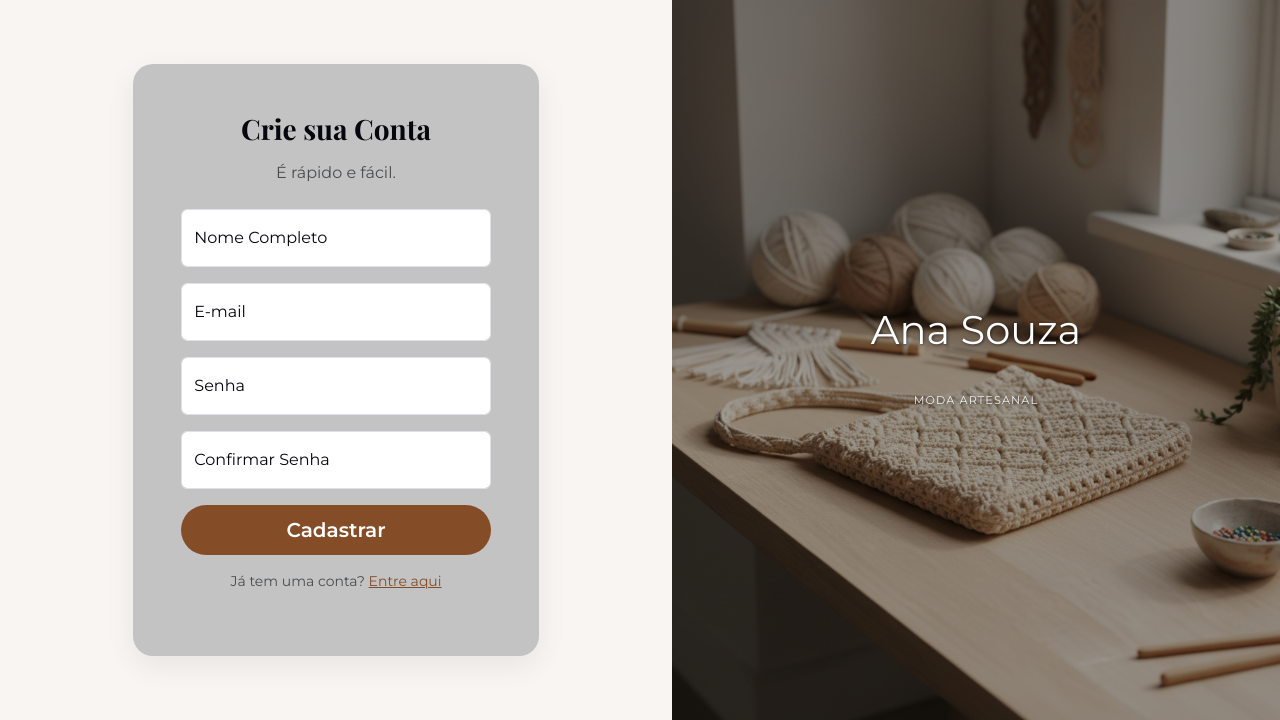
Repository: Lucascsg/projeto-anasouza-frontend
Page: cadastro.html
These files come from the project's save history. The page is drawn as it stood at one moment and after the next save; the edit follows.
The browser window is 1280 px wide. The pictures show the whole page.

Above is the page before, as saved 2025-10-21 23:29:02.

### cadastro.html
<!DOCTYPE html>
<html lang="pt-br">
<head>
    <meta charset="UTF-8">
    <meta name="viewport" content="width=device-width, initial-scale=1.0">
    <title>Cadastro - Ana Souza</title>
    <link href="https://cdn.jsdelivr.net/npm/bootstrap@5.3.2/dist/css/bootstrap.min.css" rel="stylesheet">
    <link rel="stylesheet" href="css/style.css">
    <link rel="stylesheet" href="https://cdn.jsdelivr.net/npm/bootstrap-icons@1.11.1/font/bootstrap-icons.css">
    <link rel="preconnect" href="https://fonts.googleapis.com">
    <link rel="preconnect" href="https://fonts.gstatic.com" crossorigin>
    <link href="https://fonts.googleapis.com/css2?family=Montserrat:wght@400;500;600&family=Playfair+Display:wght@700&family=Great+Vibes&display=swap" rel="stylesheet">
    <style>
       /* Estilo para garantir altura total e split screen */
body, html { height: 100%; margin: 0; overflow: hidden; }
.split-container { display: flex; min-height: 100vh; }
.split-image {
    background: url('imagens/backlog4.png') no-repeat center center/cover; /* SUA IMAGEM AQUI */
    flex: 1;
    position: relative; /* Necessário para o overlay e o logo */
    display: flex; /* Para centralizar o logo */
    align-items: center;
    justify-content: center;
}
.split-form {
    flex: 1;
    display: flex;
    align-items: center;
    justify-content: center;
    padding: 2rem;
    background-color: var(--cor-fundo-claro);
    overflow-y: auto;
}

/* --- NOVO: Overlay sobre a imagem --- */
.split-image::before {
    content: '';
    position: absolute;
    top: 0;
    left: 0;
    width: 100%;
    height: 100%;
    background: rgba(0, 0, 0, 0.35); /* Camada escura com 35% de opacidade */
    z-index: 1; /* Fica entre a imagem e o logo */
}

/* --- ATUALIZADO: Logo centralizado --- */
.image-logo {
    position: relative; /* Mudado de absolute para relative */
    z-index: 2; /* Fica na frente do overlay */
    text-align: center; /* Centraliza o texto */
}
.image-logo .logo-text {
    font-size: 3.5rem; /* Aumenta o tamanho do logo */
    color: #FFFFFF !important;
    text-shadow: 1px 1px 3px rgba(0,0,0,0.5);
}
.image-logo .logo-subtitle {
    font-size: 0.8rem; /* Ajusta o tamanho do subtítulo */
    color: rgba(255,255,255,0.9) !important;
    letter-spacing: 0.1em;
}

/* Ajuste para telas menores continua igual */
@media (max-width: 767px) {
    .split-container { flex-direction: column-reverse; }
    .split-image {
        min-height: 250px; flex: none;
        align-items: center; justify-content: center;
    }
    .image-logo { /* Logo na imagem é escondido no mobile */
         display: none;
    }
    .split-form { padding: 1.5rem; }
    .form-logo { display: block !important; }
}
@media (min-width: 768px) {
    .form-logo { display: none; }
}
    </style>
</head>
<body>

    <div class="split-container">

        <div class="split-form">
            <div class="col-lg-8 col-md-10 col-sm-12">
                <div class="form-container section-card">
                    <div class="text-center mb-4">
                        <a class="logo-text form-logo d-none d-md-none d-inline-block mb-3 text-decoration-none" href="index.html" style="font-size: 2.5rem; color: var(--cor-base-escura) !important;">
                            <div>Ana Souza</div>
                            <small class="logo-subtitle" style="font-size: 0.7rem; color: var(--cor-base-escura); opacity: 0.8;">MODA ARTESANAL</small>
                        </a>
                        <h1 class="h3 mb-3 fw-bold">Crie sua Conta</h1>
                        <p class="text-muted">É rápido e fácil.</p>
                    </div>

                    <form id="cadastro-form">
                        <div class="form-floating mb-3">
                            <input type="text" class="form-control" id="nome" placeholder="Seu nome" required>
                            <label for="nome">Nome Completo</label>
                        </div>
                        <div class="form-floating mb-3">
                            <input type="email" class="form-control" id="email" placeholder="nome@exemplo.com" required>
                            <label for="email">E-mail</label>
                        </div>
                        <div class="form-floating mb-3">
                            <input type="password" class="form-control" id="senha" placeholder="Senha" required>
                            <label for="senha">Senha</label>
                        </div>
                        <div class="form-floating mb-3">
                            <input type="password" class="form-control" id="confirmar-senha" placeholder="Confirme a Senha" required>
                            <label for="confirmar-senha">Confirmar Senha</label>
                        </div>
                        <div class="d-grid mb-3">
                            <button class="btn btn-custom-primary btn-lg" type="submit">Cadastrar</button>
                        </div>
                        <p class="text-center text-muted small">
                            Já tem uma conta? <a href="login.html" class="link-custom-secondary">Entre aqui</a>
                        </p>
                    </form>
                </div>
            </div>
        </div>

        <div class="split-image d-none d-md-flex">
            <div class="image-logo">
                <a class="logo-text d-inline-block text-decoration-none" href="index.html" style="font-size: 2.5rem;">
                    <div>Ana Souza</div>
                    <small class="logo-subtitle" style="font-size: 0.7rem;">MODA ARTESANAL</small>
                </a>
            </div>
        </div>

    </div>

    <script src="https://cdn.jsdelivr.net/npm/bootstrap@5.3.2/dist/js/bootstrap.bundle.min.js"></script>
</body>
</html>

### css/style.css
/* =================================== */
/* VARIÁVEIS GLOBAIS E ESTILOS BASE    */
/* =================================== */
:root {
    /* Sua paleta de cores (mantive suas últimas alterações) */
    --cor-base-escura: #854D27;
    --cor-acao-vibrante: #854D27;
    --cor-detalhe-quente: #29524A;
    --cor-texto-escuro: #06070E;

    /* Cores Neutras e de Fundo */
    --cor-fundo-claro: #F8F5F2;
    --cor-texto-claro: #FFFFFF;
}

body {
    font-family: 'Montserrat', sans-serif;
    background-color: #B16262;
    color: var(--cor-texto-escuro);
}

/* Estilo para páginas com fundo branco específico */
body.bg-white-page {
    background-color: #FFFFFF;
}

h1, h2, h3, h4, h5, h6 {
    font-family: 'Playfair Display', serif;
    color: var(--cor-detalhe-quente);
}

/* =================================== */
/* ESTILOS DA BARRA DE NAVEGAÇÃO       */
/* =================================== */
.navbar-custom {
    background-color: var(--cor-base-escura);
}
/* ... (O resto dos estilos da navbar e do logo permanecem como você enviou) ... */
.navbar-brand.logo-text {
    display: flex;
    flex-direction: column;
    justify-content: center;
    padding: 0;
    position: relative;
    top: 2px;
}
.navbar-brand div {
    font-family: 'Great Vibes', cursive;
    font-size: 2.2rem;
    color: #FFD972 !important;
    line-height: 1;
    font-weight: normal;
}
.navbar-brand .logo-subtitle {
    font-family: 'Montserrat', sans-serif;
    font-size: 0.6rem;
    text-transform: uppercase;
    letter-spacing: 0.1em;
    display: block;
    opacity: 0.9;
    color: #FFD972;
    margin-top: -5px;
}
/* ... (outros estilos da navbar que você enviou) ... */
.navbar-custom .navbar-brand img {
    height: 40px;
}
.navbar-custom .nav-link {
    color: var(--cor-texto-claro);
    font-weight: 500;
    text-transform: uppercase;
    font-size: 0.9rem;
    padding: 0.5rem 1rem;
    transition: opacity 0.3s;
}
.navbar-custom .nav-link:hover {
    opacity: 0.8;
}
.navbar-icons a {
    color: var(--cor-texto-claro);
    font-size: 1.2rem;
    transition: opacity 0.3s;
}
.navbar-icons a:hover {
    opacity: 0.8;
}


/* =================================== */
/* ESTILOS DA SEÇÃO HERO (IMAGEM)      */
/* =================================== */
#hero {
    position: relative;
    height: 90vh;
    width: 100%;
    display: flex;
    align-items: center;
    justify-content: center;

    /* --- ATUALIZAÇÃO PARA IMAGEM DE FUNDO --- */
    background: url('../imagens/hero-background.jpg') no-repeat center center/cover;
}

#hero::after {
    content: '';
    position: absolute;
    top: 0;
    left: 0;
    width: 100%;
    height: 100%;
    background: rgba(0, 0, 0, 0.6);
    z-index: 1;
}

#hero .hero-content {
    position: relative;
    z-index: 2;
}

#hero .hero-content h1 {
    font-weight: 700;
    color: var(--cor-texto-claro);
}

#hero .hero-content .btn {
    border-radius: 50px;
    padding: 12px 30px;
    font-weight: 600;
}


/* ... (O resto do seu CSS continua exatamente como você enviou) ... */

/* =================================== */
/* ESTILOS GERAIS DAS SEÇÕES           */
/* =================================== */
section h2 {
    color: var(--cor-detalhe-quente);
    margin-bottom: 1rem;
}

/* =================================== */
/* ESTILOS DA SEÇÃO DE PRODUTOS        */
/* =================================== */
.product-card {
    border: none;
    border-radius: 15px;
    box-shadow: 0 4px 15px rgba(0, 0, 0, 0.08);
    transition: all 0.3s ease-in-out;
}
.product-card:hover {
    transform: translateY(-8px);
    box-shadow: 0 8px 25px rgba(0, 0, 0, 0.12);
}
.product-card .card-title {
    color: var(--cor-texto-escuro);
    font-weight: 600;
}
.product-card .btn {
    border-radius: 50px;
    padding: 8px 25px;
    font-weight: 500;
    border-color: var(--cor-base-escura);
    color: var(--cor-base-escura);
}
.product-card .btn:hover {
    background-color: var(--cor-base-escura);
    color: white;
}

/* =================================== */
/* ESTILOS DA SEÇÃO DE BLOG            */
/* =================================== */
.btn-custom-primary {
    background-color: var(--cor-acao-vibrante);
    color: white;
    border: none;
    border-radius: 50px;
    padding: 10px 30px;
    font-weight: 600;
    transition: all 0.3s;
}
.btn-custom-primary:hover {
    background-color: var(--cor-acao-vibrante);
    color: white;
    opacity: 0.9;
    transform: translateY(-2px);
}
#blog img {
    border-radius: 15px;
}

/* =================================== */
/* ESTILOS DO RODAPÉ (FOOTER)          */
/* =================================== */
.footer-custom {
    background-color: var(--cor-base-escura);
}
.footer-custom a {
    text-decoration: none;
    transition: opacity 0.3s;
}
.footer-custom a:hover {
    opacity: 0.8;
}

/* =================================== */
/* ESTILO DE SEÇÃO EM FORMATO DE CARD  */
/* =================================== */

.section-card {
    background-color: #c3c3c3; /* Fundo branco para o card */
    padding: 3rem 2rem;        /* Espaçamento interno generoso */
    border-radius: 20px;       /* As pontas curvadas que você pediu */
    box-shadow: 0 10px 30px rgba(0, 0, 0, 0.07); /* Sombra sutil para "flutuar" */
}

/* =================================== */
/* Estilos da Página de Produto        */
/* =================================== */

.product-price {
    color: var(--cor-detalhe-quente); /* Usando o verde/marrom dos títulos */
    font-weight: 600;
}

/* =================================== */
/* Estilos da Personalização de Cor    */
/* =================================== */

.seletor-cor {
    width: 32px;
    height: 32px;
    border-radius: 50%; /* Deixa o elemento redondo */
    border: 2px solid #eee;
    cursor: pointer;
    margin-right: 10px;
    margin-bottom: 10px;
    transition: transform 0.2s ease-in-out;
    background-size: cover;
    background-position: center;
}

.seletor-cor:hover {
    transform: scale(1.1); /* Efeito de zoom no hover */
}

/* Estilo para o seletor de cor que está ativo/selecionado */
.seletor-cor.active {
    border-color: var(--cor-base-escura); /* Usa a cor da navbar para destacar */
    box-shadow: 0 0 8px rgba(0, 0, 0, 0.3);
}

/* ============================================= */
/* REFINAMENTO DA PÁGINA DE POST (LEIA MAIS)     */
/* ============================================= */

/* 1. Controlando o tamanho da imagem de destaque */
#post-imagem {
    max-height: 450px; /* Define uma altura máxima para a imagem */
    width: 100%;
    object-fit: cover;   /* Garante que a imagem cubra o espaço sem distorcer */
    border-radius: 15px; /* Bordas mais suaves, combinando com o resto do site */
}

/* 2. Ajustando o Título e a Data */
#post-titulo {
    margin-top: 2.5rem; /* Adiciona mais espaço acima do título */
}

#post-data {
    font-size: 0.8rem;
    text-transform: uppercase;
    letter-spacing: 0.05em; /* Espaçamento entre as letras para um look mais "design" */
}

/* 3. Melhorando a legibilidade do texto do artigo */
#post-conteudo p {
    font-size: 1.1rem;      /* Aumenta um pouco o tamanho da fonte para leitura */
    line-height: 1.8;       /* Aumenta o espaçamento entre as linhas, essencial para textos longos */
    color: #343a40;         /* Um cinza mais escuro para melhor contraste e conforto visual */
}

/* Estilo para os cards de resumo na página de agradecimento */
.summary-item-card {
    background-color: #c3c3c3 !important; /* O cinza que você usou nos section-cards */
    border: none;
    color: var(--cor-texto-escuro); /* Garante que o texto dentro seja escuro */
}

/* =================================== */
/* Estilos para Formulários de Login/Cadastro */
/* =================================== */
.form-container {
    padding: 2rem;
}

@media (min-width: 768px) {
    .form-container {
        padding: 3rem;
    }
}

/* Links personalizados para autenticação */
.link-custom-secondary {
    color: var(--cor-base-escura); /* Usa sua cor base escura */
    text-decoration: underline;
}
.link-custom-secondary:hover {
    color: var(--cor-principal-hover); /* Muda para o hover da cor principal */
    text-decoration: none;
}

After the next save:
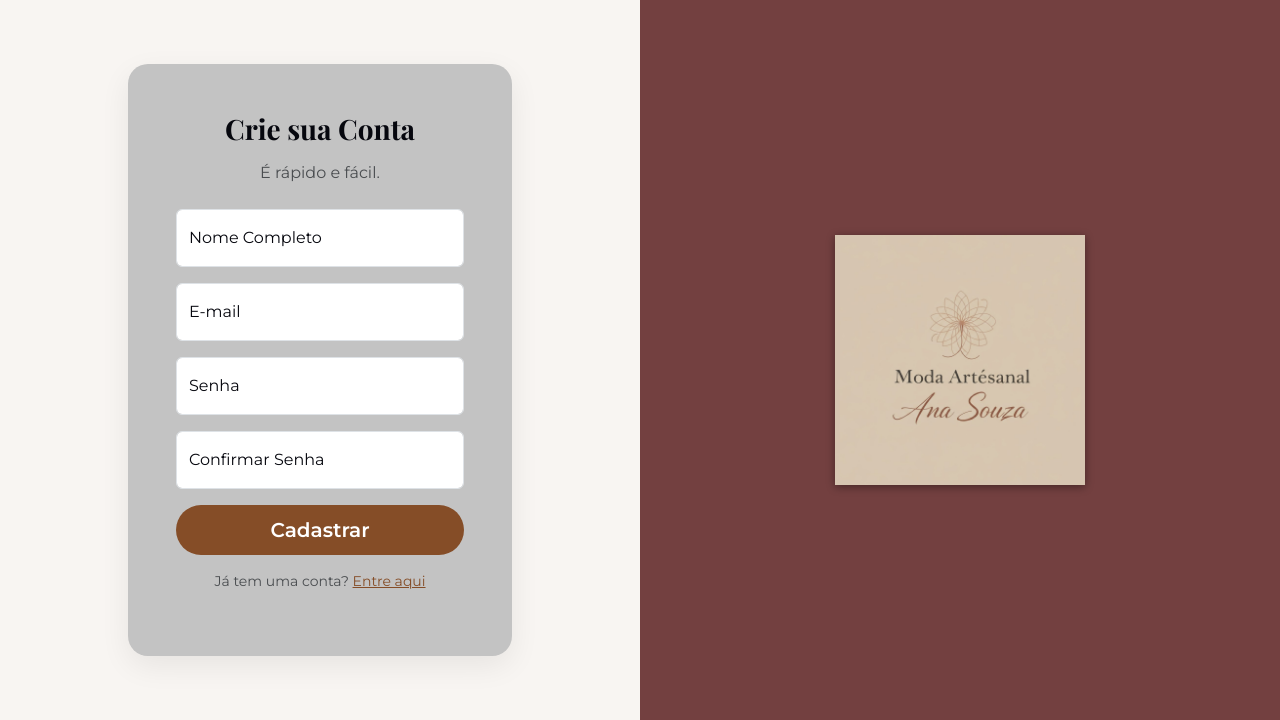
Not found: imagens/auth-background.jpg
Saved 28 s later.
--- a/cadastro.html
+++ b/cadastro.html
@@ -10,73 +10,73 @@
     <link rel="preconnect" href="https://fonts.googleapis.com">
     <link rel="preconnect" href="https://fonts.gstatic.com" crossorigin>
     <link href="https://fonts.googleapis.com/css2?family=Montserrat:wght@400;500;600&family=Playfair+Display:wght@700&family=Great+Vibes&display=swap" rel="stylesheet">
+
     <style>
-       /* Estilo para garantir altura total e split screen */
-body, html { height: 100%; margin: 0; overflow: hidden; }
-.split-container { display: flex; min-height: 100vh; }
-.split-image {
-    background: url('imagens/backlog4.png') no-repeat center center/cover; /* SUA IMAGEM AQUI */
-    flex: 1;
-    position: relative; /* Necessário para o overlay e o logo */
-    display: flex; /* Para centralizar o logo */
-    align-items: center;
-    justify-content: center;
-}
-.split-form {
-    flex: 1;
-    display: flex;
-    align-items: center;
-    justify-content: center;
-    padding: 2rem;
-    background-color: var(--cor-fundo-claro);
-    overflow-y: auto;
-}
+        /* Estilo para garantir altura total e split screen */
+        body, html { height: 100%; margin: 0; overflow: hidden; }
+        .split-container { display: flex; min-height: 100vh; }
+        .split-image {
+            background: url('imagens/auth-background.jpg') no-repeat center center/cover; /* SUA IMAGEM DE FUNDO AQUI */
+            flex: 1;
+            position: relative;
+            display: flex;
+            align-items: center;
+            justify-content: center;
+            padding: 2rem; /* Adiciona um respiro */
+        }
+        .split-form {
+            flex: 1;
+            display: flex;
+            align-items: center;
+            justify-content: center;
+            padding: 2rem;
+            background-color: var(--cor-fundo-claro);
+            overflow-y: auto;
+        }
 
-/* --- NOVO: Overlay sobre a imagem --- */
-.split-image::before {
-    content: '';
-    position: absolute;
-    top: 0;
-    left: 0;
-    width: 100%;
-    height: 100%;
-    background: rgba(0, 0, 0, 0.35); /* Camada escura com 35% de opacidade */
-    z-index: 1; /* Fica entre a imagem e o logo */
-}
+        /* Overlay sobre a imagem */
+        .split-image::before {
+            content: '';
+            position: absolute;
+            top: 0; left: 0;
+            width: 100%; height: 100%;
+            background: rgba(0, 0, 0, 0.35);
+            z-index: 1;
+        }
 
-/* --- ATUALIZADO: Logo centralizado --- */
-.image-logo {
-    position: relative; /* Mudado de absolute para relative */
-    z-index: 2; /* Fica na frente do overlay */
-    text-align: center; /* Centraliza o texto */
-}
-.image-logo .logo-text {
-    font-size: 3.5rem; /* Aumenta o tamanho do logo */
-    color: #FFFFFF !important;
-    text-shadow: 1px 1px 3px rgba(0,0,0,0.5);
-}
-.image-logo .logo-subtitle {
-    font-size: 0.8rem; /* Ajusta o tamanho do subtítulo */
-    color: rgba(255,255,255,0.9) !important;
-    letter-spacing: 0.1em;
-}
+        /* --- ATUALIZADO: Estilo para a IMAGEM do logo --- */
+        .image-logo {
+            position: relative;
+            z-index: 2;
+            text-align: center;
+            max-width: 250px; /* Limita a largura máxima do logo */
+            width: 70%;       /* Faz o logo ocupar 70% do espaço disponível */
+        }
+        .image-logo img {
+            /* Adiciona um leve filtro para o logo "flutuar" melhor sobre fundos variados */
+            filter: drop-shadow(0px 2px 4px rgba(0,0,0,0.4));
+        }
 
-/* Ajuste para telas menores continua igual */
-@media (max-width: 767px) {
-    .split-container { flex-direction: column-reverse; }
-    .split-image {
-        min-height: 250px; flex: none;
-        align-items: center; justify-content: center;
-    }
-    .image-logo { /* Logo na imagem é escondido no mobile */
-         display: none;
-    }
-    .split-form { padding: 1.5rem; }
-    .form-logo { display: block !important; }
-}
-@media (min-width: 768px) {
-    .form-logo { display: none; }
-}
+        /* Ajuste para telas menores */
+        @media (max-width: 767px) {
+            .split-container { flex-direction: column-reverse; }
+            .split-image {
+                min-height: 200px; /* Altura menor para o logo no mobile */
+                flex: none;
+                padding: 1rem; /* Menos respiro */
+            }
+            .image-logo { /* Logo na imagem é ajustado no mobile */
+                max-width: 180px; /* Logo menor no mobile */
+                width: 60%;
+            }
+            .split-form { padding: 1.5rem; }
+            .form-logo { display: block !important; }
+             /* Esconde o logo grande da imagem no mobile, mostra o pequeno do form */
+             /* .image-logo { display: none !important; } */ /* Descomente se preferir esconder totalmente no mobile */
+        }
+        @media (min-width: 768px) {
+            .form-logo { display: none; }
+        }
     </style>
 </head>
 <body>
@@ -125,9 +125,8 @@
 
         <div class="split-image d-none d-md-flex">
             <div class="image-logo">
-                <a class="logo-text d-inline-block text-decoration-none" href="index.html" style="font-size: 2.5rem;">
-                    <div>Ana Souza</div>
-                    <small class="logo-subtitle" style="font-size: 0.7rem;">MODA ARTESANAL</small>
+                <a href="index.html">
+                    <img src="imagens/logo.png" alt="Logo Ana Souza" class="img-fluid">
                 </a>
             </div>
         </div>

After the save that followed:
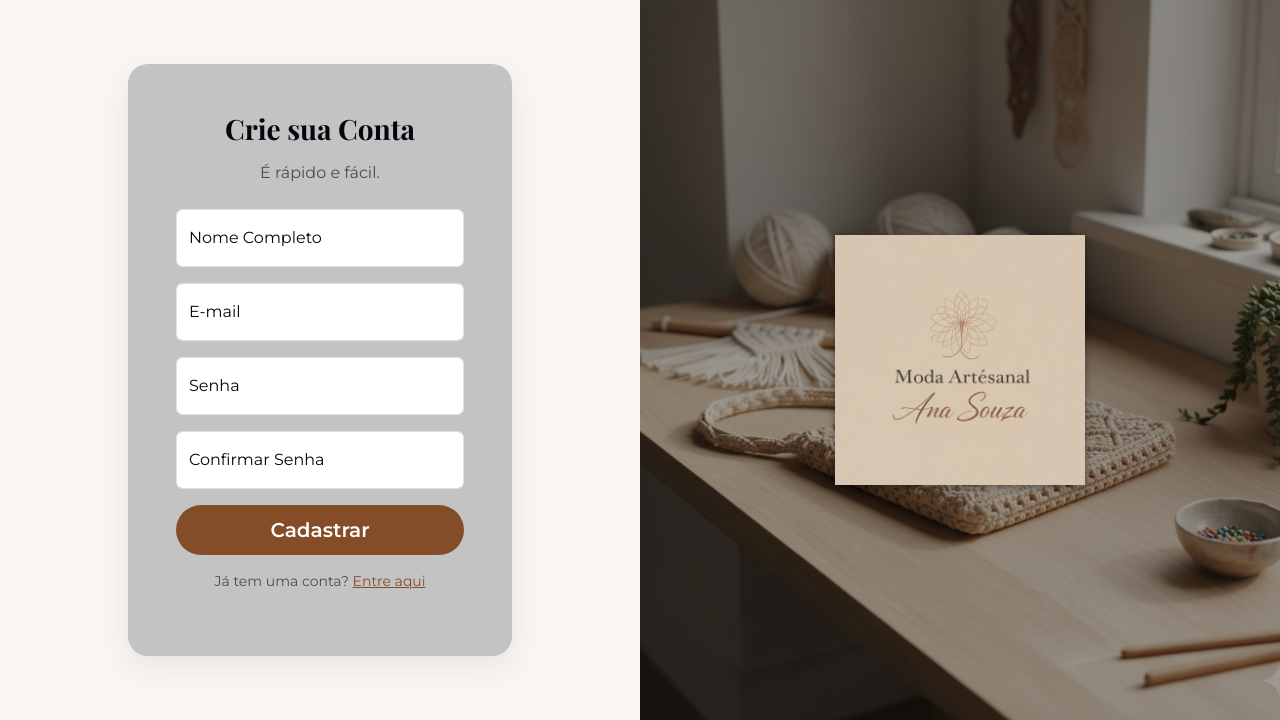
Saved 16 s later.
--- a/cadastro.html
+++ b/cadastro.html
@@ -16,7 +16,7 @@
         body, html { height: 100%; margin: 0; overflow: hidden; }
         .split-container { display: flex; min-height: 100vh; }
         .split-image {
-            background: url('imagens/auth-background.jpg') no-repeat center center/cover; /* SUA IMAGEM DE FUNDO AQUI */
+            background: url('imagens/backlog4.png') no-repeat center center/cover; /* SUA IMAGEM DE FUNDO AQUI */
             flex: 1;
             position: relative;
             display: flex;
